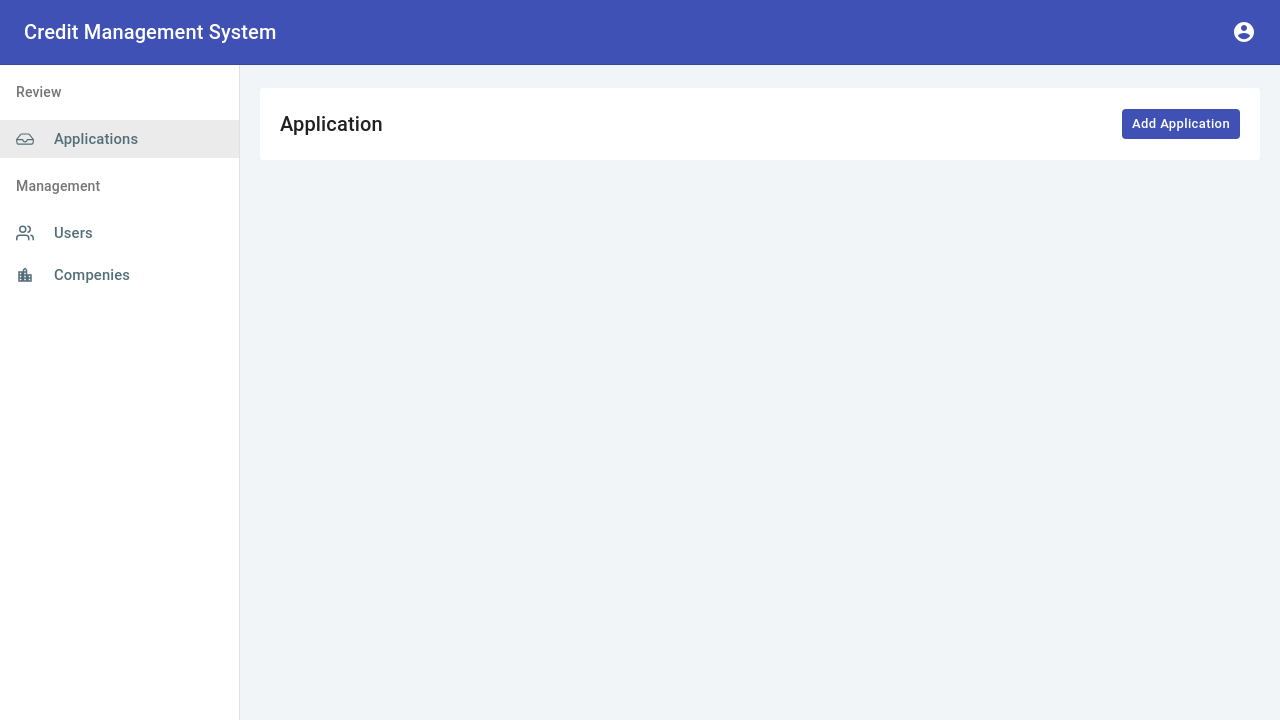
Repository: vinuvish/credit-management-frontend
Page: /
The author's editor kept a copy of each file at every save. The page is drawn from the files as they stood at one save, then again after the next save.
The browser window is 1280 px wide. The pictures show the whole page.
The project was rebuilt for these pictures with package versions that can differ from the ones it lists, and the page was loaded fresh each time. Also part of the build but not shown: src/App.css, src/pages/NotFoundPage.tsx.

Above is the page before, as saved 2021-01-21 01:00:09.

### src/index.tsx
import React from 'react';
import ReactDOM from 'react-dom';
import App from './App';
import './index.css';

ReactDOM.render(
  <React.StrictMode>
    <App />
  </React.StrictMode>,
  document.getElementById('root')
);

// If you want to start measuring performance in your app, pass a function
// to log results (for example: reportWebVitals(console.log))
// or send to an analytics endpoint. Learn more: https://bit.ly/CRA-vitals
// reportWebVitals();

### src/App.tsx
import { CssBaseline, MuiThemeProvider, StylesProvider } from '@material-ui/core';
import React from 'react';
import './App.css';
import AppRouterRoutes from './AppRouterRoutes';
import { theme } from './app_utils/MuiTheme';


function App() {
  return (
    <MuiThemeProvider theme={theme}>
      <CssBaseline />
      <StylesProvider injectFirst>
        <AppRouterRoutes></AppRouterRoutes>
      </StylesProvider>
    </MuiThemeProvider>
  );
}

export default App;

### src/AppRouterRoutes.tsx
import { createStyles, Grid, makeStyles, Theme } from '@material-ui/core';
import React from 'react';
import { Route, Router, Switch } from 'react-router-dom';
import history from './app_utils/History';
import ZAppBar from './components/ZAppBar';
import ZAppBarDrawer from './components/ZAppBarDrawer';
import ApplicationPage from './pages/ApplicationPage';
import NotFoundPage from './pages/NotFoundPage';




const AppRouterRoutes = () => {
    const classes = useStyles();


    return (
        <div>
            <Router history={history}>


                <>
                    <ZAppBar />
                    <Grid className={classes.grid}>
                        <ZAppBarDrawer />
                        <Grid className={classes.containerAuthenticated}>
                            <Switch>{[Routes]}</Switch>
                        </Grid>
                    </Grid>
                </>

            </Router>
        </div>
    );
};


const Routes = [
    <Route exact path='/' component={ApplicationPage} />,
    <Route component={NotFoundPage} />
];

const useStyles = makeStyles((theme: Theme) =>
    createStyles({
        grid: {
            display: 'flex'
        },
        containerAuthenticated: {
            margin: 'auto',
            marginTop: 68,
            padding: 20,
            width: `calc(100% - 240px)`,
            [theme.breakpoints.down('md')]: {
                width: '100%'
            }
        },
        containerUnauthenticated: {}
    })
);

export default AppRouterRoutes;

### src/app_utils/MuiTheme.tsx
import { createMuiTheme } from '@material-ui/core/styles';
import { Shadows } from '@material-ui/core/styles/shadows';

declare module '@material-ui/core/styles/createBreakpoints' {
  interface BreakpointOverrides {
    xs: true;
    sm: true;
    md: true;
    lg: true;
    xl: true;
    tablet: true;
    laptop: true;
    desktop: true;
  }
}

export const theme = createMuiTheme({
  breakpoints: {
    values: { xs: 0, sm: 600, md: 960, lg: 1280, xl: 1920, tablet: 400, laptop: 900, desktop: 1200 }
  },

  shadows: Array(25).fill('none') as Shadows,

  props: {
    MuiInput: { disableUnderline: true },
    MuiButton: { disableElevation: true },
    MuiButtonBase: { disableRipple: true },
    MuiPaper: { elevation: 0 },
    MuiCard: { elevation: 0 },
    MuiDivider: { color: 'white' },
    MuiOutlinedInput: {}
  },
  overrides: {
    MuiPaper: {
      root: {
        elevation: 0
      }
    },
    MuiCard: {
      root: {
        elevation: 0
      }
    },
    MuiButton: {
      root: {
        textTransform: 'capitalize'
      }
    }
  },
  palette: {
    background: {
      default: '#F2F5F7'
    }
  }
});

export const breakpoint = {
  xs: `(min-width: 0px)`,
  sm: `(min-width: 576px)`,
  md: `(min-width: 768px)`,
  lg: `(min-width: 992px)`,
  xl: `(min-width: 1200px)`
};

### src/app_utils/History.tsx
import { createBrowserHistory } from 'history';
export default createBrowserHistory({});

### src/components/ZAppBar.tsx
import AppBar from '@material-ui/core/AppBar';
import IconButton from '@material-ui/core/IconButton';
import Menu from '@material-ui/core/Menu';
import MenuItem from '@material-ui/core/MenuItem';
import { createStyles, makeStyles, Theme } from '@material-ui/core/styles';
import Toolbar from '@material-ui/core/Toolbar';
import Typography from '@material-ui/core/Typography';
import AccountCircle from '@material-ui/icons/AccountCircle';
import MenuIcon from '@material-ui/icons/Menu';
import React from 'react';
import history from '../app_utils/History';

export default function ZAppBar() {
  const classes = useStyles();
  const [setDrawerTemporary] = React.useState(false);
  const [anchorEl, setAnchorEl] = React.useState<null | HTMLElement>(null);
  const [mobileMoreAnchorEl, setMobileMoreAnchorEl] = React.useState<null | HTMLElement>(null);

  const isMenuOpen = Boolean(anchorEl);

  const handleTemporaryDrawer = () => {

  };

  const handleProfileMenuOpen = (event: React.MouseEvent<HTMLElement>) => {
    setAnchorEl(event.currentTarget);
  };

  const handleMobileMenuClose = () => {
    setMobileMoreAnchorEl(null);
  };

  const handleMenuClose = () => {
    setAnchorEl(null);
    handleMobileMenuClose();
  };

  const handleMobileMenuOpen = (event: React.MouseEvent<HTMLElement>) => {
    setMobileMoreAnchorEl(event.currentTarget);
  };

  const signOut = async () => {

    history.push('/signIn');
  };

  const menuId = 'primary-search-account-menu';
  const renderMenu = (
    <Menu
      anchorEl={anchorEl}
      anchorOrigin={{ vertical: 'top', horizontal: 'right' }}
      id={menuId}
      keepMounted
      transformOrigin={{ vertical: 'top', horizontal: 'right' }}
      open={isMenuOpen}
      onClose={handleMenuClose}
    >
      <MenuItem
        onClick={() => {

        }}
      >
        Sign Out
      </MenuItem>
    </Menu>
  );


  return (
    <div className={classes.grow}>
      <AppBar className={classes.appBar} position='fixed' elevation={2}>
        <Toolbar>
          <IconButton className={classes.menuButton} onClick={handleTemporaryDrawer} edge='start' color='inherit' aria-label='open drawer'>
            <MenuIcon />
          </IconButton>
          <Typography className={classes.title} variant='h6' noWrap>
            Credit Management System
          </Typography>

          <div className={classes.grow} />
          <div className={classes.sectionDesktop}>
            <IconButton edge='end' aria-label='account of current user' aria-controls={menuId} aria-haspopup='true' onClick={handleProfileMenuOpen} color='inherit'>
              <AccountCircle />
            </IconButton>
          </div>

        </Toolbar>
      </AppBar>



      {renderMenu}


    </div>
  );
}

const useStyles = makeStyles((theme: Theme) =>
  createStyles({
    appBar: {
      zIndex: theme.zIndex.drawer + 1,
      borderBottom: '1px solid rgba(0, 0, 0, 0.12)'
    },
    grow: {
      flexGrow: 1
    },
    menuButton: {
      display: 'none',
      marginRight: theme.spacing(2),
      [theme.breakpoints.down('md')]: {
        display: 'flex'
      }
    },
    title: {
      display: 'block'
    },

    content: {
      flexGrow: 1,
      padding: theme.spacing(3)
    },
    sectionDesktop: {
      display: 'flex',
      [theme.breakpoints.down('md')]: {
        display: 'none'
      }
    },
    sectionMobile: {
      display: 'none',
      [theme.breakpoints.down('md')]: {
        display: 'flex'
      }
    }
  })
);

### src/components/ZAppBarDrawer.tsx
import Drawer from '@material-ui/core/Drawer';
import ListItem from '@material-ui/core/ListItem';
import ListItemIcon from '@material-ui/core/ListItemIcon';
import React from 'react';
import Toolbar from '@material-ui/core/Toolbar';
import { BsCreditCard, BsExclude, BsInbox } from 'react-icons/bs';
import { FiUsers } from 'react-icons/fi';
import { IconType } from 'react-icons/lib';
import { MdLocationCity } from 'react-icons/md';
import { Link, RouteComponentProps, withRouter } from 'react-router-dom';
import { ListSubheader, Typography } from '@material-ui/core';
import { VscOpenPreview } from 'react-icons/vsc';
import { createStyles, makeStyles, Theme } from '@material-ui/core/styles';
import { useAppStore } from '../models/appStore';

const drawerWidth = 240;

interface Props {
  name?: string;
  house?: string;
}

interface PropsItems {
  to: string;
  selected: boolean;
  icon: IconType;
  title: string;
}

const ZAppBarDrawer: React.FC<RouteComponentProps & Props> = ({ history: h }) => {
  const classes = useStyles();

  console.log(h.location.pathname);

  const ZLinkItem = (props: PropsItems) => {
    const Icon = props.icon;
    return (
      <ListItem className={classes.listItem} button component={Link} to={props.to} selected={props.selected}>
        <ListItemIcon>
          <Icon className={classes.icons} />
        </ListItemIcon>
        <Typography className={classes.tabText}>{props.title}</Typography>
      </ListItem>
    );
  };

  return (
    <div>
      <Drawer elevation={0} className={classes.drawer} variant='permanent' classes={{ paper: classes.drawerPaper }}>
        <Toolbar />

        <div className={classes.drawerContainer}>

          <>
            <ListSubheader className={classes.listSubheader}>Review</ListSubheader>
            <ZLinkItem to={'/'} selected={h.location.pathname === '/' || h.location.pathname === '/'} icon={BsInbox} title={'Applications'} />
            <ListSubheader className={classes.listSubheader}>Management</ListSubheader>
            <ZLinkItem to={'/users'} selected={h.location.pathname === '/users'} icon={FiUsers} title={'Users'} />
            <ZLinkItem to={'/compenies'} selected={h.location.pathname === '/locations'} icon={MdLocationCity} title={'Compenies'} />
          </>

        </div>
      </Drawer>
    </div>
  );
};

const useStyles = makeStyles((theme: Theme) =>
  createStyles({
    drawer: {
      width: drawerWidth,

      flexShrink: 0,
      [theme.breakpoints.down('md')]: {
        display: 'none'
      }
    },
    drawerTemp: {
      flexShrink: 0,
      display: 'none',
      [theme.breakpoints.down('md')]: {
        display: 'flex'
      }
    },
    drawerTempListWidth: {
      width: drawerWidth
    },
    drawerPaper: {
      width: drawerWidth
    },
    drawerContainer: {
      overflow: 'auto'
    },
    content: {
      flexGrow: 1,
      padding: theme.spacing(3)
    },
    listItem: {
      margin: '4px 0px'
    },
    listSubheader: {
      margin: '4px 0px'
    },
    icons: {
      fontSize: 18,
      color: '#546e7a'
    },
    tabText: {
      marginLeft: -18,
      fontFamily: 'Roboto, Helvetica, Arial, sans-serif',
      fontWeight: 500,
      lineHeight: 1.5,
      letterSpacing: '0.00938em',
      color: '#546e7a',
      fontSize: '0.925rem'
    }
  })
);

export default withRouter(ZAppBarDrawer);

### src/pages/ApplicationPage.tsx
import { Button, Grid, Paper, Typography } from '@material-ui/core';
import { makeStyles, Theme } from '@material-ui/core/styles';
import * as React from 'react';

interface Props { }

const ApplicationPage: React.FC<Props> = () => {
  const classes = useStyles();
  return (
    <Grid>
      <Paper>

        <Grid container alignItems='center' justify='space-between'>
          <Typography className={classes.title} variant='h6' id='tableTitle' component='div'>
            Application
          </Typography>

          <Button
            className={classes.buttonAdd}
            onClick={() => {

            }}
            size='small'
            variant='contained'
            color='primary'
          >
            Add Application
          </Button>
        </Grid>

      </Paper>
    </Grid>

  );
};

const useStyles = makeStyles((theme: Theme) => ({
  root: {

  },
  title: {
    padding: '20px 20px'
  },
  buttonAdd: {
    margin: 20
  },
}));

ApplicationPage.defaultProps = {};

export default ApplicationPage;

### src/components/ZTextField.tsx
import { OutlinedTextFieldProps, TextField } from '@material-ui/core';
import * as React from 'react';

interface Props {
  onChange: (val: string) => void;
  label: string;
  defaultValue?: string;
  className?: string;
  name?: string;
  rows?: number;
  type?: string;
  variant?: OutlinedTextFieldProps;
}

const ZTextField: React.FC<Props> = ({ label, defaultValue, className, rows, type, variant, onChange, name }) => {
  return (
    <div key={name} className={className}>
      <TextField
        fullWidth
        label={label}
        margin='dense'
        multiline={type ? false : true}
        name={name}
        onChange={(v) => onChange(v.target.value)}
        rows={type ? undefined : rows}
        type={type}
        variant={(variant ?? 'outlined') as any}
      />
    </div>
  );
};

ZTextField.defaultProps = {};

export default ZTextField;

// rules={register({
//             required: true,
//             pattern: {
//               value: /^[A-Z0-9._%+-]+@[A-Z0-9.-]+\.[A-Z]{2,}$/i,
//               message: 'Invalid email address',
//             },
//           })}

Loaded but not shown: public/index.html (common file); src/index.css (common file)

After the next save:
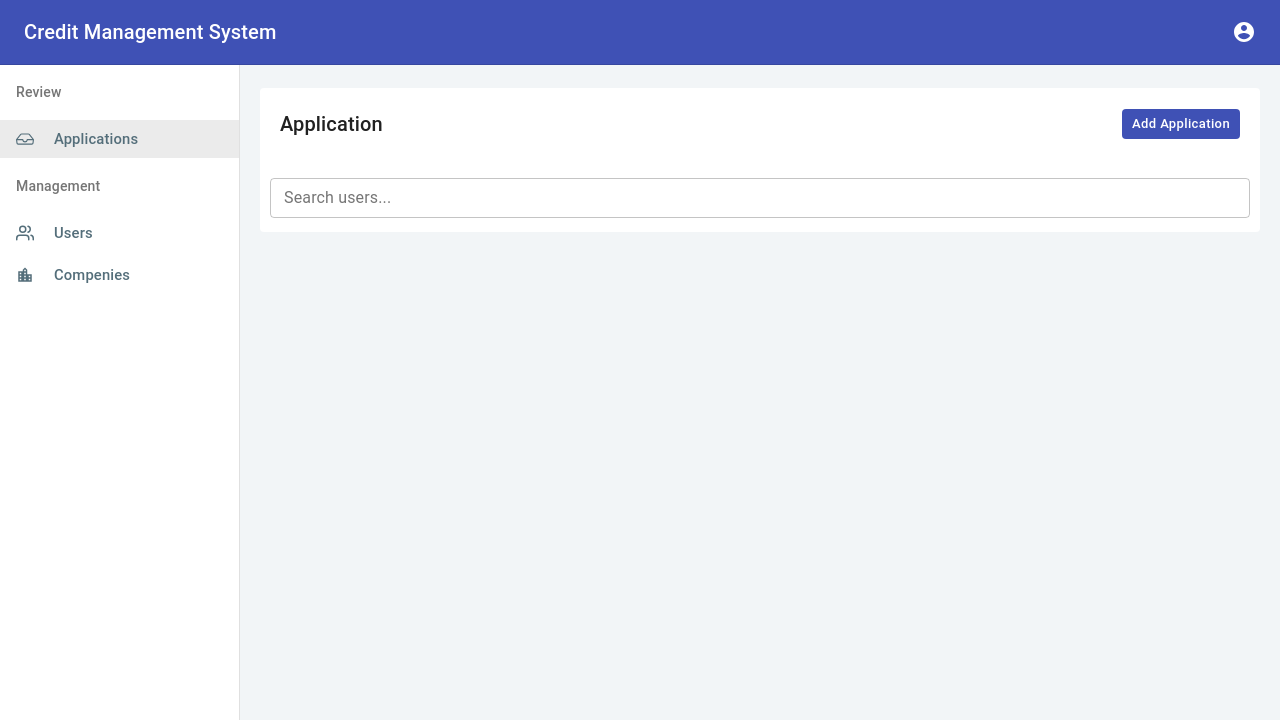
Saved 53 s later.
--- a/src/pages/ApplicationPage.tsx
+++ b/src/pages/ApplicationPage.tsx
@@ -1,11 +1,13 @@
 import { Button, Grid, Paper, Typography } from '@material-ui/core';
 import { makeStyles, Theme } from '@material-ui/core/styles';
 import * as React from 'react';
+import ZTextField from '../components/ZTextField';
 
 interface Props { }
 
 const ApplicationPage: React.FC<Props> = () => {
   const classes = useStyles();
+  const [search, setSearch] = React.useState<string>();
   return (
     <Grid>
       <Paper>
@@ -27,7 +29,11 @@ const ApplicationPage: React.FC<Props> = () => {
             Add Application
           </Button>
         </Grid>
-
+        <Grid container alignItems='center' justify='space-between'>
+          <Grid item md={12}>
+            <ZTextField className={classes.search} onChange={setSearch} defaultValue={''} label='Search users...' />
+          </Grid>
+        </Grid>
       </Paper>
     </Grid>
 
@@ -37,6 +43,9 @@ const ApplicationPage: React.FC<Props> = () => {
 const useStyles = makeStyles((theme: Theme) => ({
   root: {
 
+  },
+  search: {
+    margin: '10px 10px'
   },
   title: {
     padding: '20px 20px'
